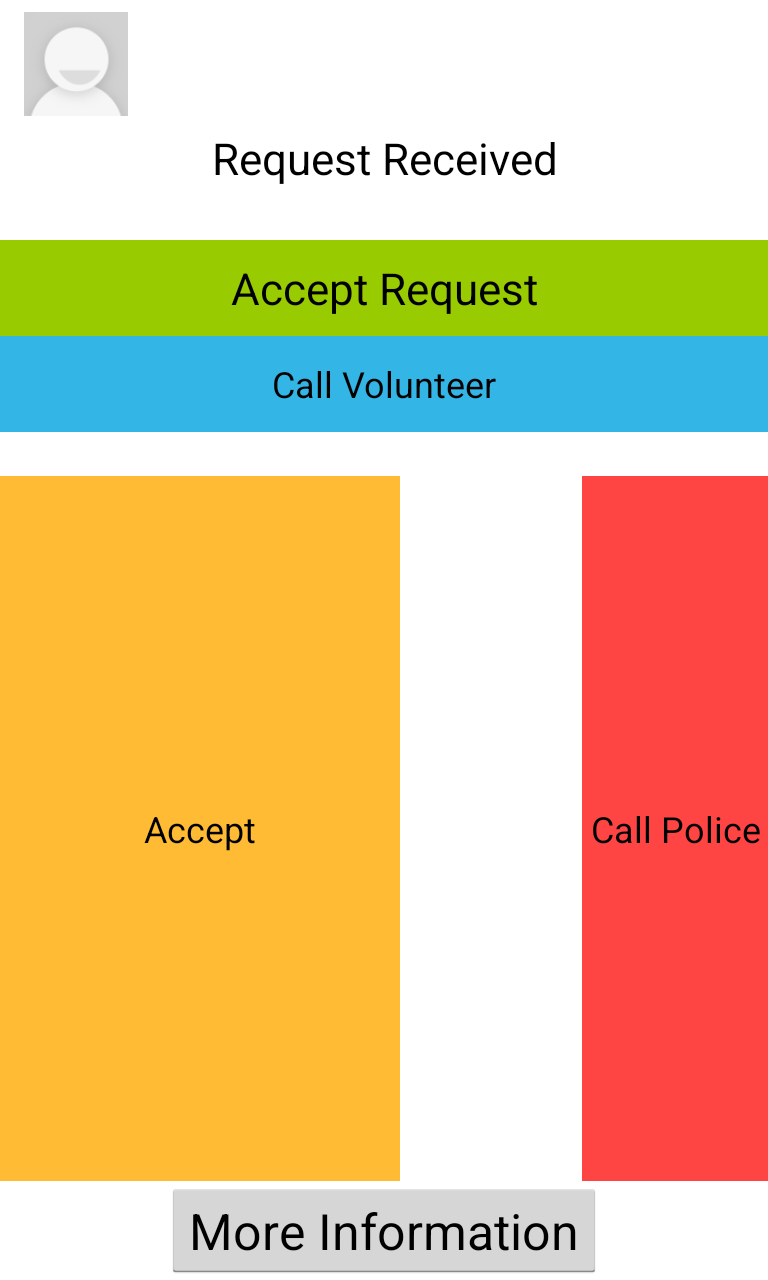
Repository: srivast6/SafeWalk
Layout: android/SafeWalk/res/layout/tryout.xml
These files come from the project's save history. The layout is drawn as it stood at one moment and after the next save; the edit follows.
It is drawn on a 768 x 1280 px phone screen (xhdpi) without system bars, with theme android:Theme.Holo.Light; the app's code is not run.

Above is the layout before, as saved 2013-11-20 18:33:27.

After the next save:
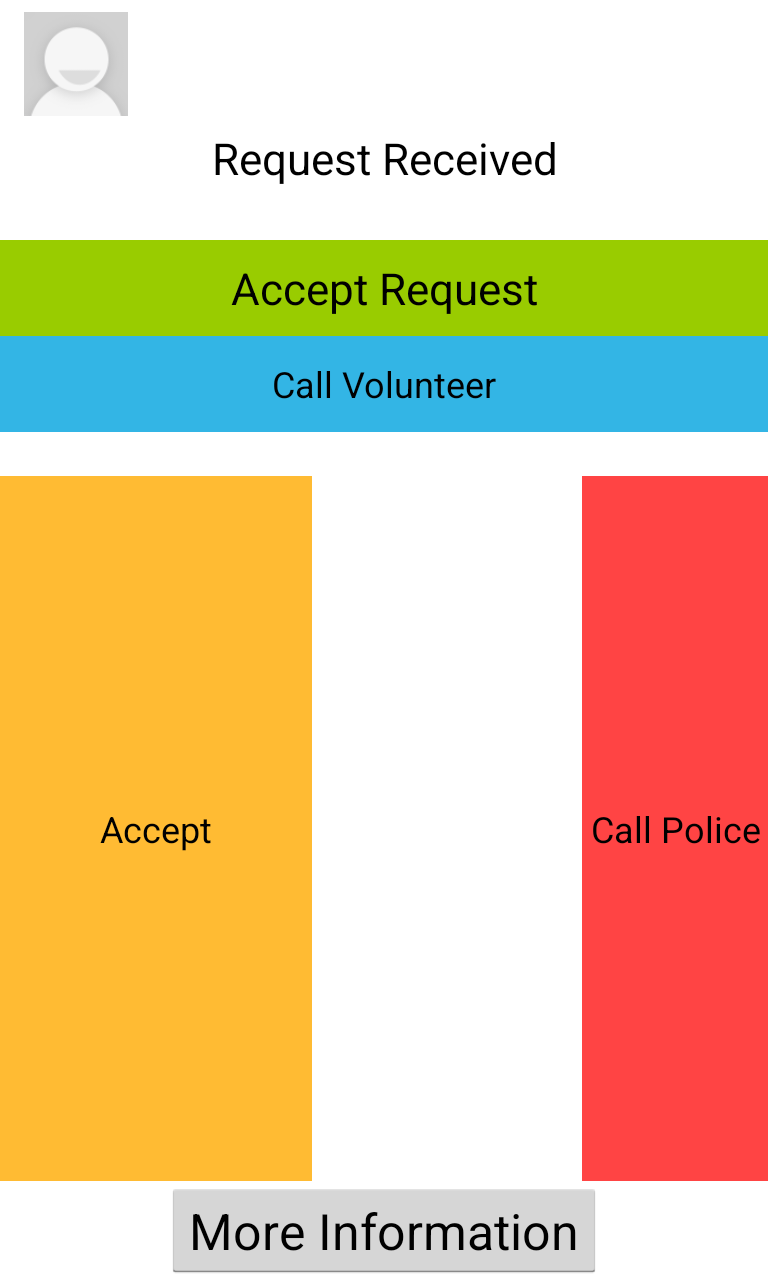
Saved 7 s later.
--- a/android/SafeWalk/res/layout/tryout.xml
+++ b/android/SafeWalk/res/layout/tryout.xml
@@ -73,7 +73,7 @@
         <Button
             android:id="@+id/btn_callSafewalk"
             style="?android:attr/buttonBarButtonStyle"
-            android:layout_width="200dp"
+            android:layout_width="156dp"
             android:layout_height="fill_parent"
             android:layout_above="@+id/morInfo"
             android:layout_below="@id/callButton"
